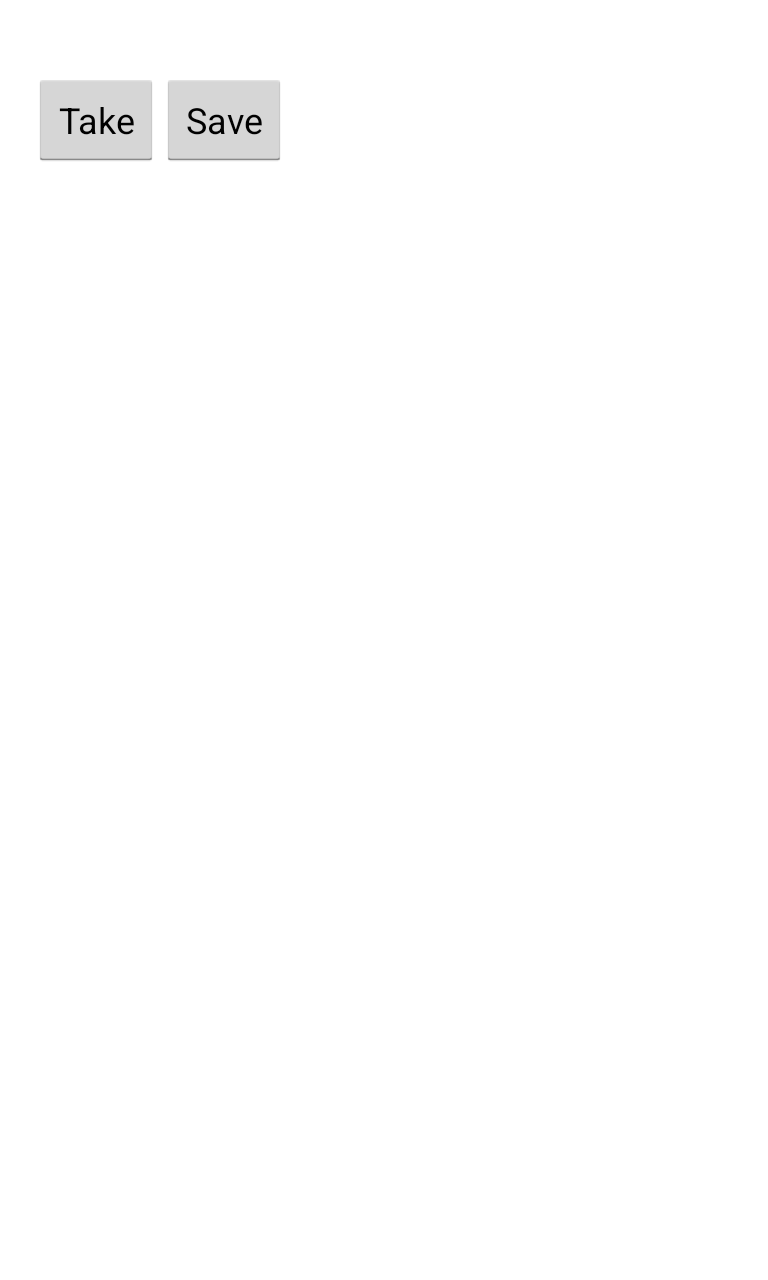
Repository: jellydiamonds/Proto
Layout: Android/Camera/res/layout/activity_main.xml
The author's editor kept a copy of each file at every save. The layout is drawn from the files as they stood at one save, then again after a run of saves.
It is drawn on a 768 x 1280 px phone screen (xhdpi) without system bars, with theme AppTheme; the app's code is not run.

Above is the layout before, as saved 2014-03-20 15:13:21.

### Android/Camera/res/layout/activity_main.xml
<RelativeLayout xmlns:android="http://schemas.android.com/apk/res/android"
    xmlns:tools="http://schemas.android.com/tools"
    android:layout_width="match_parent"
    android:layout_height="match_parent"
    android:paddingBottom="@dimen/activity_vertical_margin"
    android:paddingLeft="@dimen/activity_horizontal_margin"
    android:paddingRight="@dimen/activity_horizontal_margin"
    android:paddingTop="@dimen/activity_vertical_margin"
    tools:context=".MainActivity" >


        <LinearLayout
             android:id="@+id/layout2"
            android:layout_width="fill_parent"
            android:layout_height="wrap_content"
            android:orientation="horizontal" >

        	<Button
            	android:id="@+id/button1"
            	android:layout_width="wrap_content"
            	android:layout_height="wrap_content"
            	android:layout_marginTop="20dp"
            	android:text="Take" />

        	<Button
            	android:id="@+id/button2"
            	android:layout_width="wrap_content"
            	android:layout_height="wrap_content"
            	android:layout_marginTop="20dp"
            	android:text="Save"/>

        </LinearLayout>

        <ImageView
            android:id="@+id/imageView1"
            android:layout_width="wrap_content"
            android:layout_height="wrap_content"
            android:layout_marginTop="95dp"
            android:contentDescription="Image taken" />


</RelativeLayout>

Loaded but not shown: Android/Camera/res/values/styles.xml (common file); Android/Camera/res/values-v11/styles.xml (common file); Android/Camera/res/values-v14/styles.xml (common file); Android/Camera/res/values/dimens.xml (common file)

After the next 2 saves:
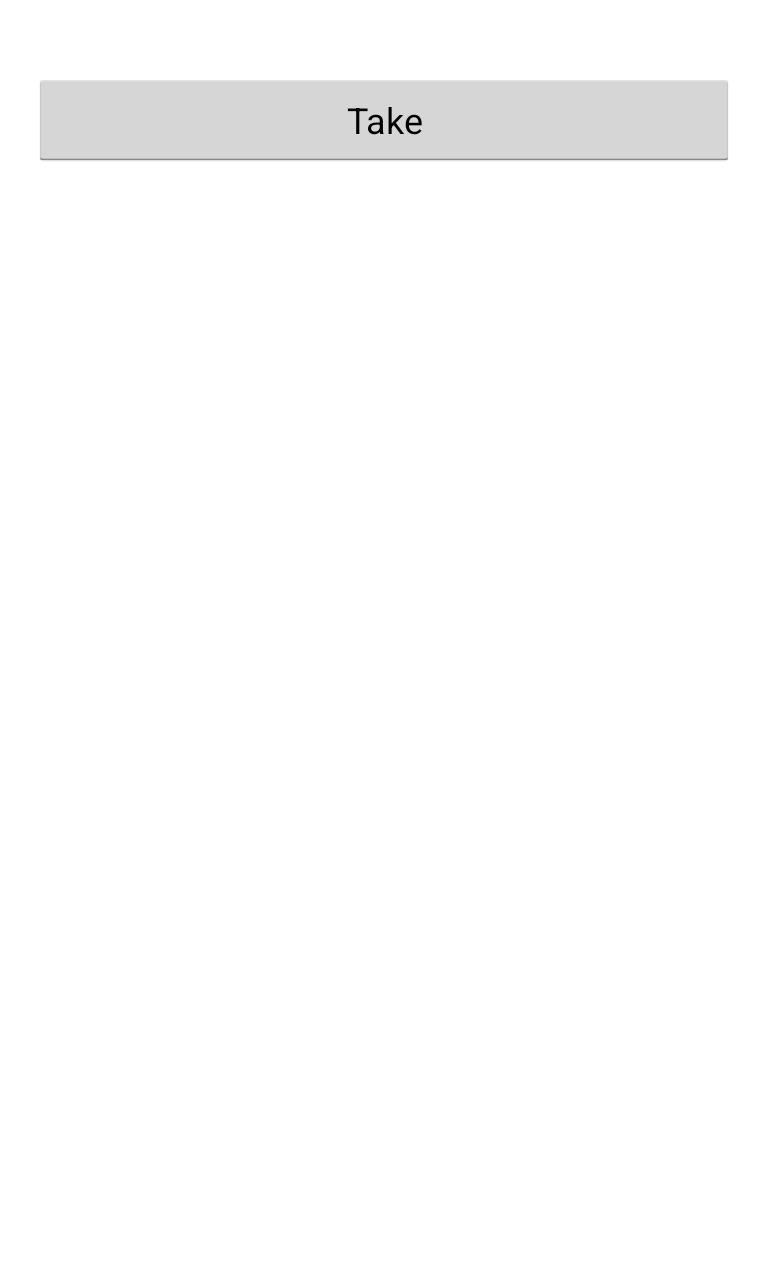
The 2 saves are shown as one change because 1 did not build or start.
The last was saved 2 min 7 s later.
--- a/Android/Camera/res/layout/activity_main.xml
+++ b/Android/Camera/res/layout/activity_main.xml
@@ -10,21 +10,22 @@
 
 
         <LinearLayout
-             android:id="@+id/layout2"
+            android:id="@+id/layout2"
             android:layout_width="fill_parent"
             android:layout_height="wrap_content"
-            android:orientation="horizontal" >
+            android:orientation="horizontal"
+             >
 
         	<Button
             	android:id="@+id/button1"
-            	android:layout_width="wrap_content"
+            	android:layout_width="fill_parent"
             	android:layout_height="wrap_content"
             	android:layout_marginTop="20dp"
             	android:text="Take" />
 
         	<Button
             	android:id="@+id/button2"
-            	android:layout_width="wrap_content"
+            	android:layout_width="fill_parent"
             	android:layout_height="wrap_content"
             	android:layout_marginTop="20dp"
             	android:text="Save"/>

After the save that followed:
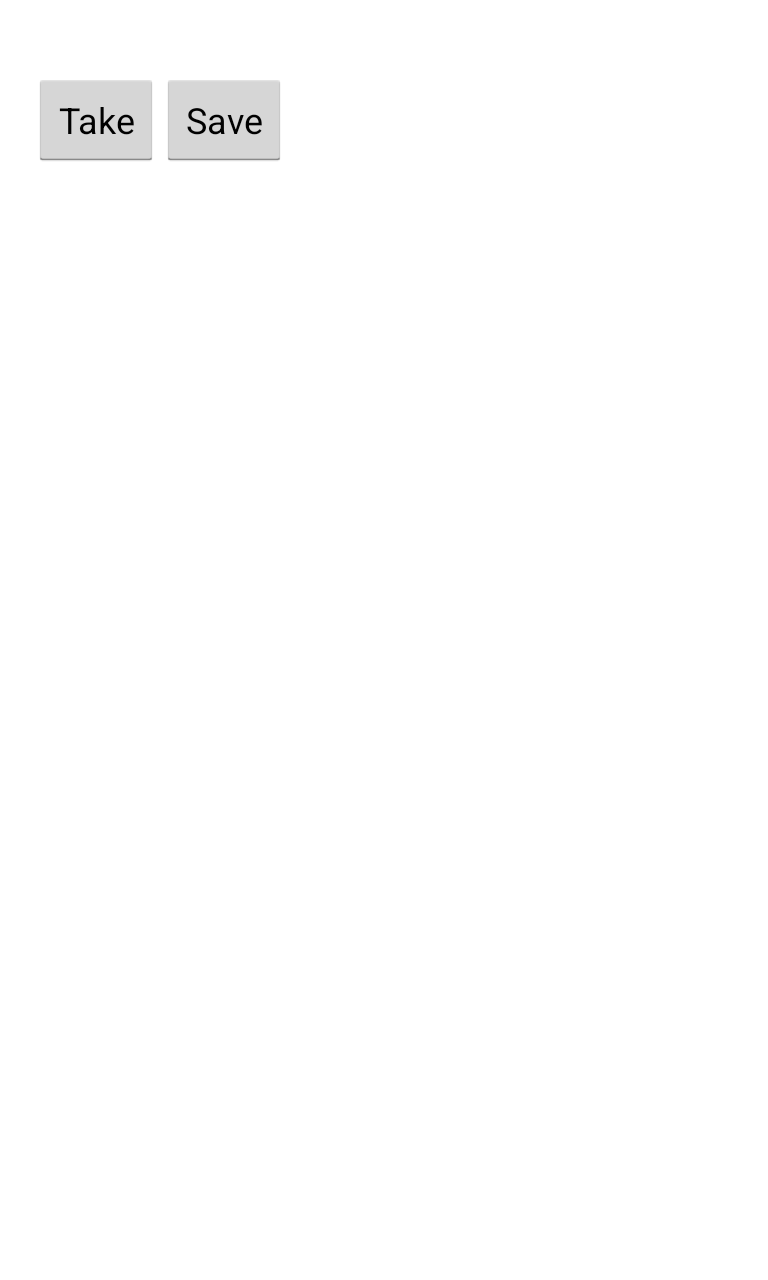
Saved 25 s later.
--- a/Android/Camera/res/layout/activity_main.xml
+++ b/Android/Camera/res/layout/activity_main.xml
@@ -18,14 +18,14 @@
 
         	<Button
             	android:id="@+id/button1"
-            	android:layout_width="fill_parent"
+            	android:layout_width="wrap_content"
             	android:layout_height="wrap_content"
             	android:layout_marginTop="20dp"
             	android:text="Take" />
 
         	<Button
             	android:id="@+id/button2"
-            	android:layout_width="fill_parent"
+            	android:layout_width="wrap_content"
             	android:layout_height="wrap_content"
             	android:layout_marginTop="20dp"
             	android:text="Save"/>
